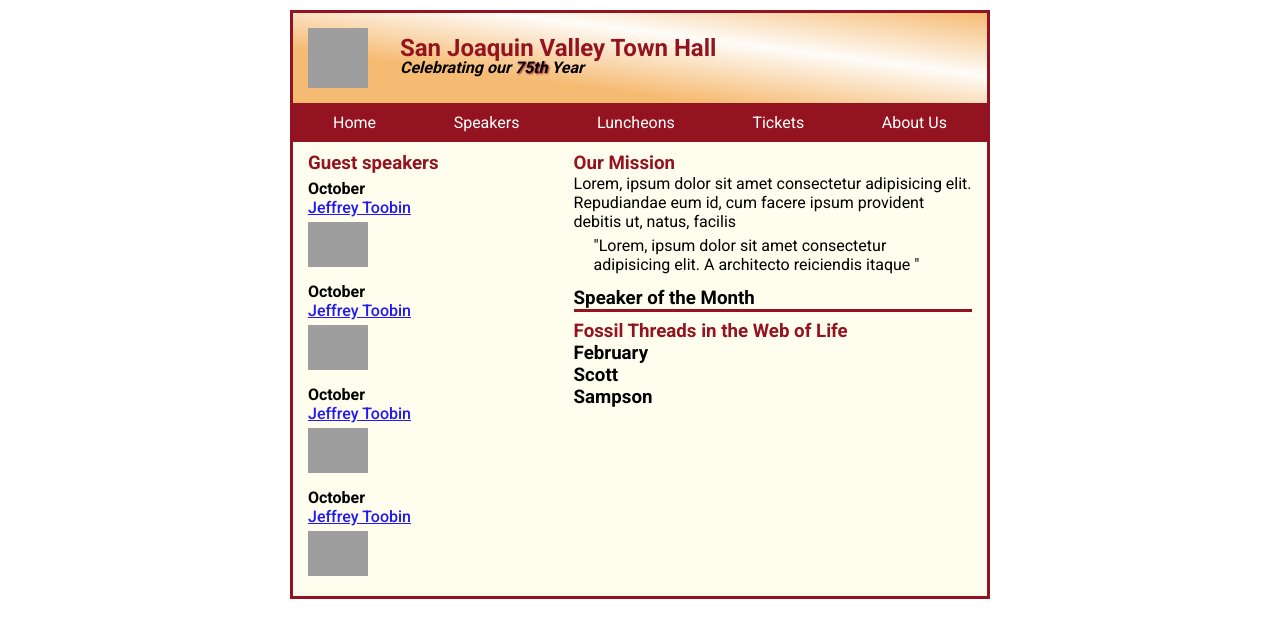
Repository: Mannj-nef/ex-5-6-7-8_IvVettech
Page: index.html
The author's editor kept a copy of each file at every save. The page is drawn from the files as they stood at one save, then again after the next save.
The browser window is 1280 px wide. The pictures show the whole page.
Pictures or frames that could not be fetched are drawn as grey boxes.

Above is the page before, as saved 2022-03-24 22:31:30.

### index.html
<!DOCTYPE html>
<html lang="en">
  <head>
    <meta charset="UTF-8" />
    <meta http-equiv="X-UA-Compatible" content="IE=edge" />
    <meta name="viewport" content="width=device-width, initial-scale=1.0" />
    <link rel="stylesheet" href="./Asset/style.css" />
    <link rel="preconnect" href="https://fonts.googleapis.com" />
    <link rel="preconnect" href="https://fonts.gstatic.com" crossorigin />
    <link
      href="https://fonts.googleapis.com/css2?family=Roboto:wght@300;400;500;700&display=swap"
      rel="stylesheet"
    />
    <title>Exercise5-6</title>
    <link
      rel="shortcut icon"
      href="https://iviettech.vn/wp-content/themes/viettech/img/front/favicon.ico"
      type="image/x-icon"
    />
  </head>
  <body>
    <div id="app">
      <header id="header">
        <div class="header-top">
          <div class="header-image__wrapper">
            <img
              src="https://source.unsplash.com/random"
              alt=""
              class="header-image"
            />
          </div>
          <div class="header-main">
            <h2 class="header-main__title">San Joaquin Valley Town Hall</h2>
            <p class="header-main__decs">
              Celebrating our
              <span class="header-main__decs-b"
                >75 <span class="header-main__decs-c">th</span>
              </span>
              Year
            </p>
          </div>
        </div>
        <div class="header-nav">
          <ul class="header-nav__list">
            <li class="header-nav__item">
              <a href="" class="header-nav__link">Home</a>
            </li>
            <li class="header-nav__item">
              <a href="" class="header-nav__link">Speakers</a>
            </li>
            <li class="header-nav__item">
              <a href="" class="header-nav__link">Luncheons</a>
            </li>
            <li class="header-nav__item">
              <a href="" class="header-nav__link">Tickets</a>
            </li>
            <li class="header-nav__item">
              <a href="" class="header-nav__link">About Us</a>
            </li>
          </ul>
        </div>
      </header>
      <section id="content">
        <div class="content-left">
          <h3 class="content-title">Guest speakers</h3>

          <div class="content-left__member">
            <p class="content__member-month">October</p>
            <a href="" class="content-left__member-link">Jeffrey Toobin</a>
            <div class="content-left__member-avata-wrapper">
              <img
                src="https://source.unsplash.com/random"
                alt=""
                class="content-left__member-avata"
              />
            </div>
          </div>
          <div class="content-left__member">
            <p class="content__member-month">October</p>
            <a href="" class="content-left__member-link">Jeffrey Toobin</a>
            <div class="content-left__member-avata-wrapper">
              <img
                src="https://source.unsplash.com/random"
                alt=""
                class="content-left__member-avata"
              />
            </div>
          </div>
          <div class="content-left__member">
            <p class="content__member-month">October</p>
            <a href="" class="content-left__member-link">Jeffrey Toobin</a>
            <div class="content-left__member-avata-wrapper">
              <img
                src="https://source.unsplash.com/random"
                alt=""
                class="content-left__member-avata"
              />
            </div>
          </div>
          <div class="content-left__member">
            <p class="content__member-month">October</p>
            <a href="" class="content-left__member-link">Jeffrey Toobin</a>
            <div class="content-left__member-avata-wrapper">
              <img
                src="https://source.unsplash.com/random"
                alt=""
                class="content-left__member-avata"
              />
            </div>
          </div>
        </div>
        <div class="constent-right">
          <div class="constent-right__top">
            <h3 class="content-title">Our Mission</h3>
            <p class="constent-right__desc">
              Lorem, ipsum dolor sit amet consectetur adipisicing elit.
              Repudiandae eum id, cum facere ipsum provident debitis ut, natus,
              facilis
            </p>
            <p class="constent-right__desc-sub">
              "Lorem, ipsum dolor sit amet consectetur adipisicing elit. A
              architecto reiciendis itaque "
            </p>
            <h3 class="constent-right-title">Speaker of the Month</h3>
          </div>
          <div class="constent-right__center">
            <h3 class="content-title">Fossil Threads in the Web of Life</h3>
            <div class="constent-right__center-right">
              <h3 class="constent-right__center-right">
                February Scott Sampson
              </h3>
            </div>
          </div>
        </div>
      </section>
    </div>
  </body>
</html>

### Asset/style.css
* {
  margin: 0;
  padding: 0;
  box-sizing: border-box;
}
html {
  font-family: "Roboto", sans-serif;
}
:root {
  --prymary-color: #931420;
  --white-color: #fff;
  --yellow-color: #ebc700;
  --blue-color: #2119ee;
  --size: 60px;
}

#app {
  margin: 10px auto;
  width: 700px;
  border: 3px solid var(--prymary-color);
}

#header {
}
.header-top {
  padding: 15px;
  display: flex;
  align-items: center;
  background-image: linear-gradient(
    to right top,
    #f6bb73 30%,
    #fefcf8,
    #f6bb73
  );
}
.header-image__wrapper {
  width: var(--size);
  height: var(--size);
  margin-right: 2em;
}
.header-image {
  width: 100%;
  height: 100%;
  object-fit: cover;
}
.header-main {
  line-height: 20px;
}
.header-main__title {
  color: var(--prymary-color);
}
.header-main__decs {
  color: #000;
  font-weight: 600;
  font-style: italic;
}
.header-main__decs-b {
  display: inline-flex;
  text-shadow: 1px 1px 2px var(--prymary-color);
}
.header-nav {
  background-color: var(--prymary-color);
}
.header-nav__list {
  list-style: none;
  display: flex;
  justify-content: space-between;
  padding: 0 20px;
}
.header-nav__item {
  padding: 10px 20px;
}
.header-nav__link {
  font-weight: 400;
  text-decoration: none;
  color: var(--white-color);
}
.header-nav__item:hover .header-nav__link {
  color: var(--yellow-color);
}

#content {
  background-color: #fffded;
  padding: 10px 15px;
  display: flex;
}

.content-left {
  width: 40%;
}
.content-title {
  color: var(--prymary-color);
}
.content-left__member {
}
.content__member-month {
  margin-top: 5px;
  font-weight: 600;
}
.content-left__member-link {
  font-weight: 500;
  color: var(--blue-color);
}
.content-left__member-avata-wrapper {
  width: var(--size);
  height: var(--size);
  display: flex;
  padding-top: 5px;
  padding-bottom: 10px;
}
.content-left__member-avata {
  width: 100%;
  height: 100%;
}
.constent-right {
  width: 60%;
}
.constent-right__desc-sub {
  padding: 5px 20px;
}
.constent-right-title {
  margin: 8px 0;
  font-weight: 600;
  color: #000;
  border-bottom: 3px solid var(--prymary-color);
}

.constent-right__center-right {
  width: 50%;
}

After the next save:
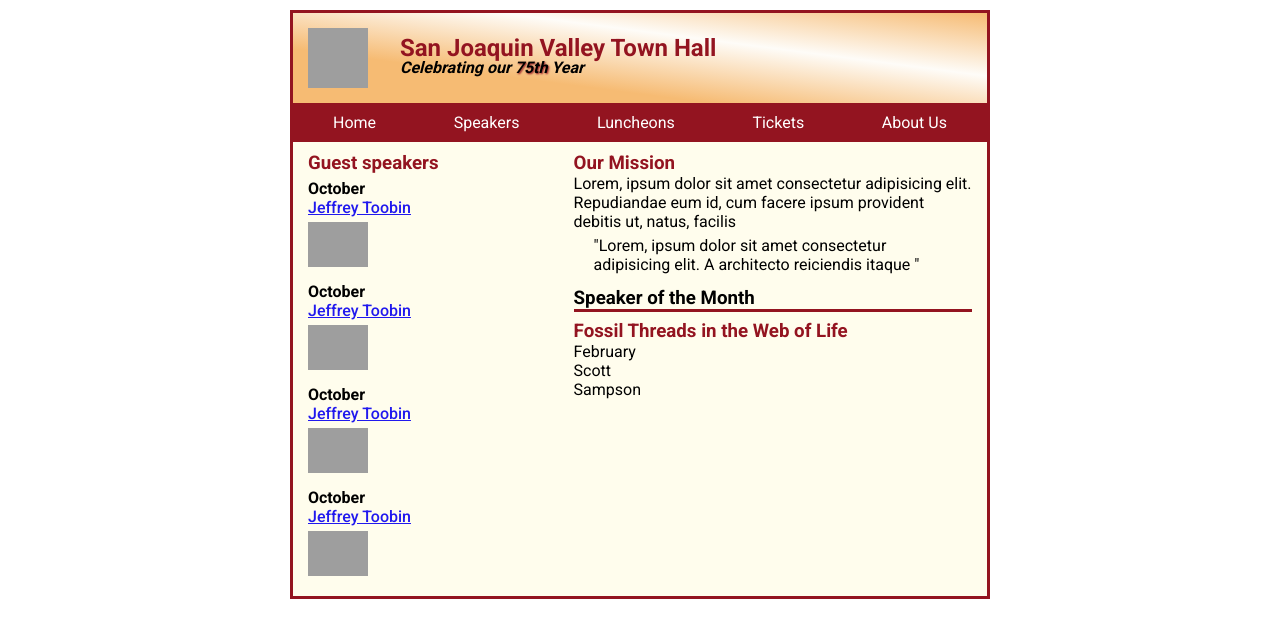
Saved 12 s later.
--- a/index.html
+++ b/index.html
@@ -126,9 +126,7 @@
           <div class="constent-right__center">
             <h3 class="content-title">Fossil Threads in the Web of Life</h3>
             <div class="constent-right__center-right">
-              <h3 class="constent-right__center-right">
-                February Scott Sampson
-              </h3>
+              <p class="constent-right__center-right">February Scott Sampson</p>
             </div>
           </div>
         </div>

After the save that followed:
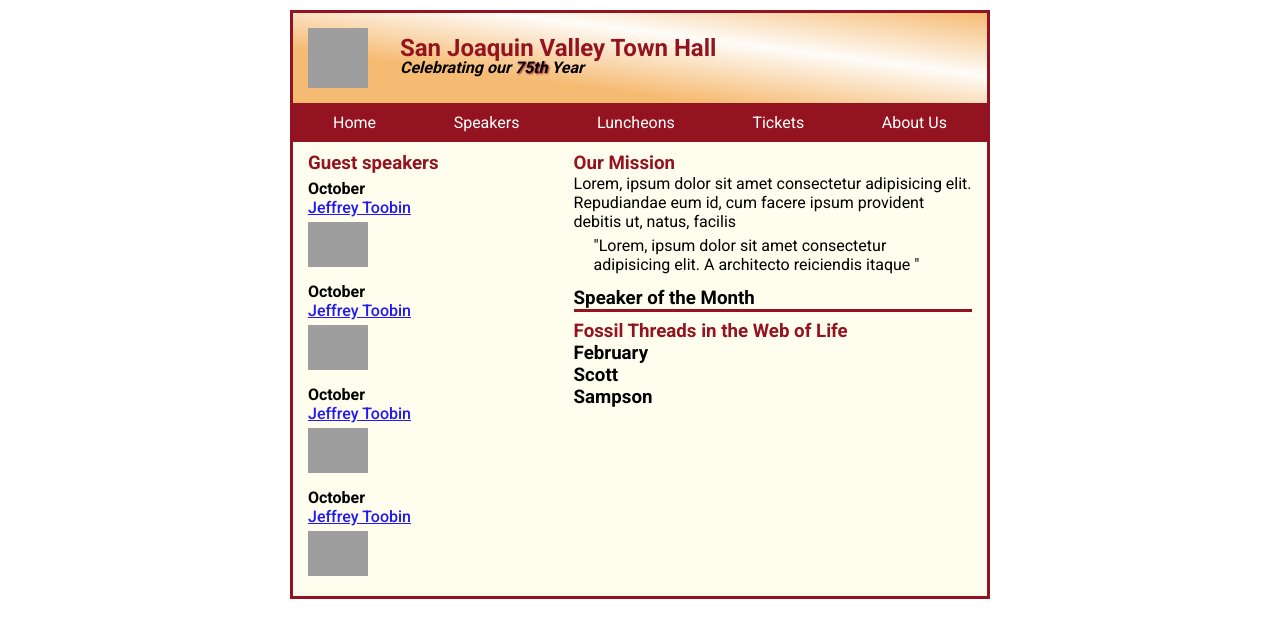
Saved 12 s later.
--- a/index.html
+++ b/index.html
@@ -126,7 +126,9 @@
           <div class="constent-right__center">
             <h3 class="content-title">Fossil Threads in the Web of Life</h3>
             <div class="constent-right__center-right">
-              <p class="constent-right__center-right">February Scott Sampson</p>
+              <h3 class="constent-right__center-right">
+                February Scott Sampson
+              </h3>
             </div>
           </div>
         </div>
